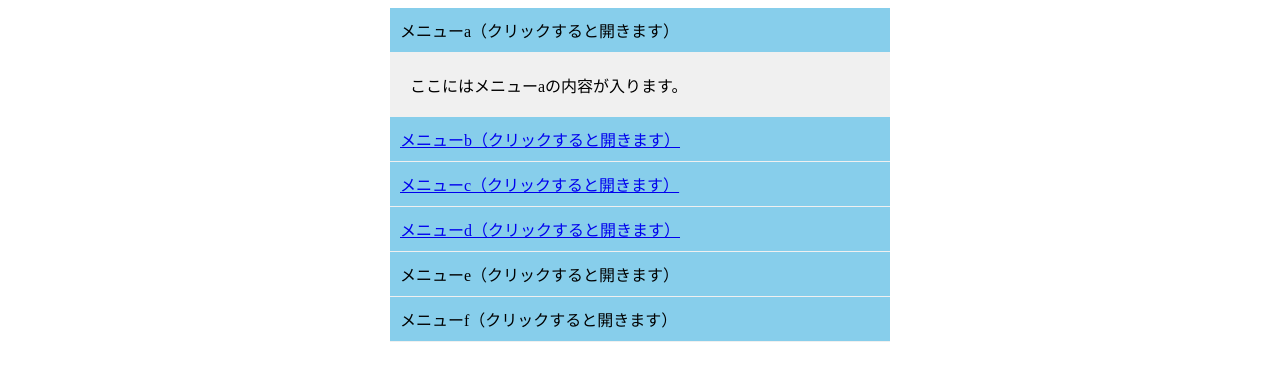
Repository: ryu-nuno/tech_academy_subwork
Page: web-accordion/index.html
The author's editor kept a record of every edit. The page is drawn from the files as they stood at one moment, then again after the next edit.
The browser window is 1280 px wide. The pictures show the whole page.

Above is the page before.

After the next edit:
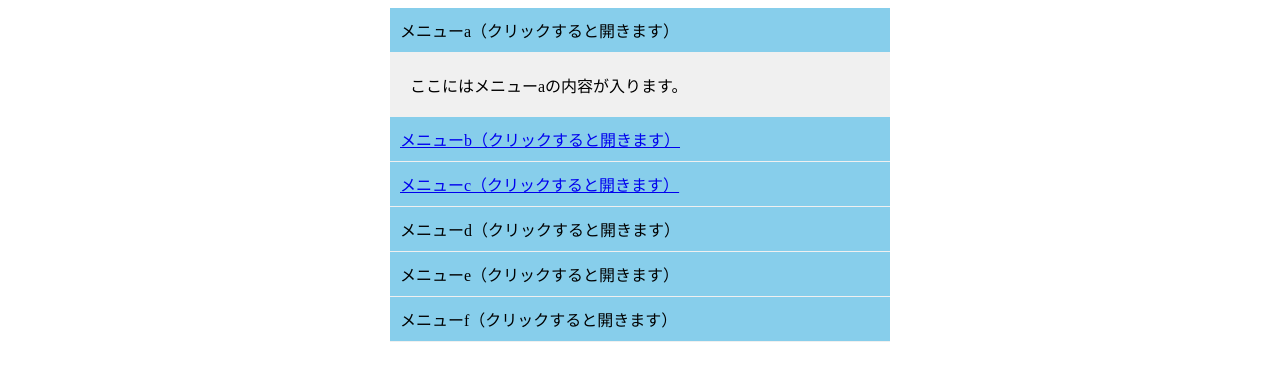
The edit:
--- a/web-accordion/index.html
+++ b/web-accordion/index.html
@@ -25,7 +25,7 @@
     </div>
 
     <div id="accordion-d">
-      <div class="ac-title"><a href="#">メニューd（クリックすると開きます）</a></div>
+      <div class="ac-title">メニューd（クリックすると開きます）</div>
       <div class="ac-content">ここにはメニューdの内容が入ります。</div>
     </div>
 
